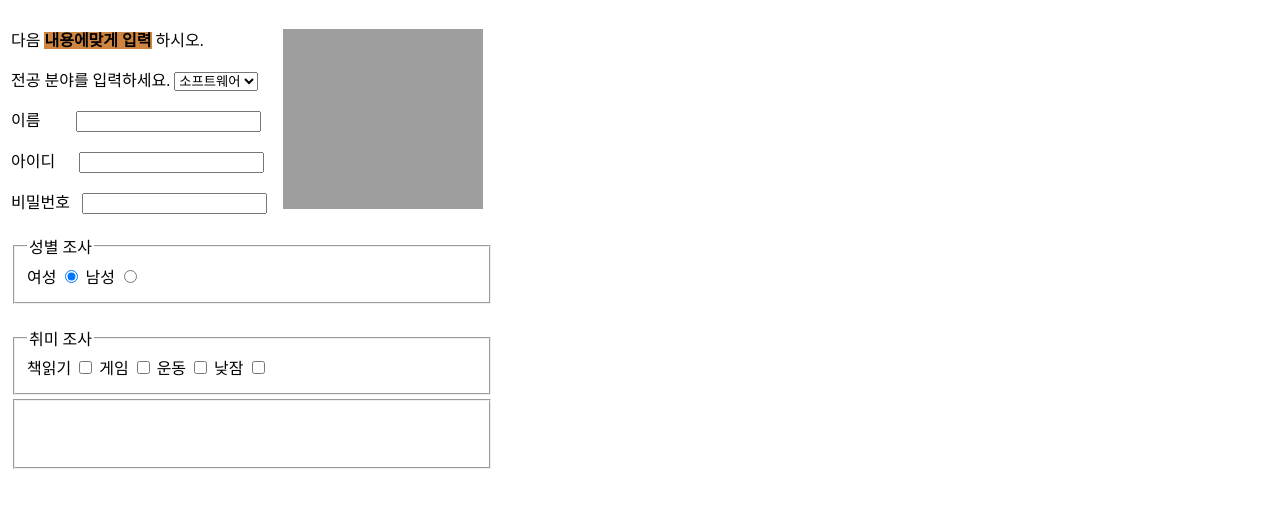
Repository: basstpgns/20201029html
Page: jsp/html/quiz03.html
The author's editor kept a copy of each file at every save. The page is drawn from the files as they stood at one save, then again after the next save.
The browser window is 1280 px wide. The pictures show the whole page.
Pictures or frames that could not be fetched are drawn as grey boxes.

Above is the page before, as saved 2020-10-30 02:48:56.

After the next save:
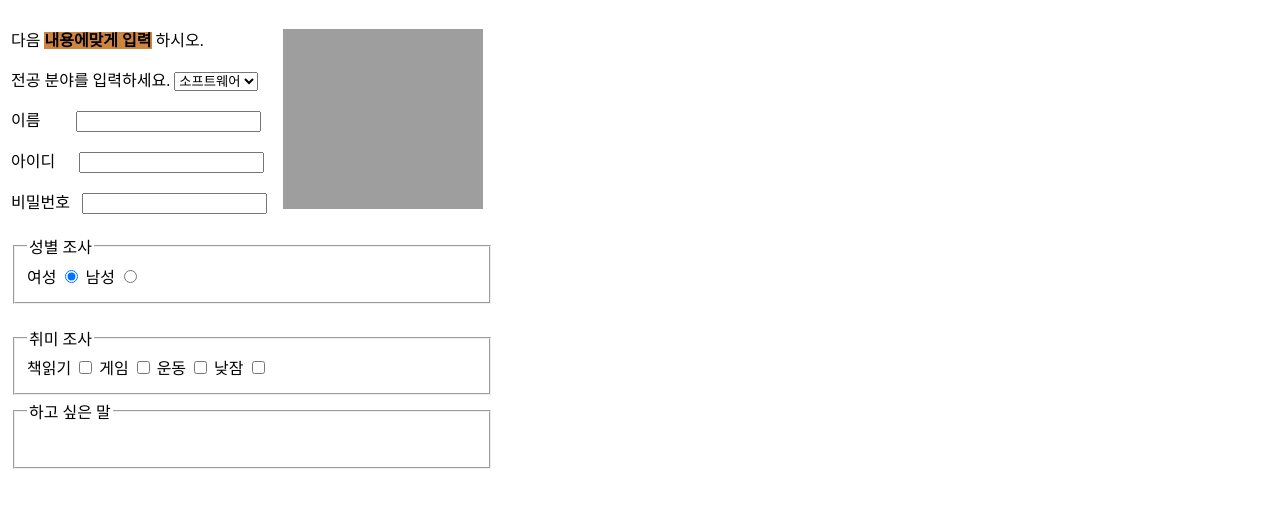
Saved 30 s later.
--- a/jsp/html/quiz03.html
+++ b/jsp/html/quiz03.html
@@ -51,7 +51,11 @@
 		</tr>
 		<tr>
 			<td colspan="2">
-				<fieldset style="width: 450px; height: 50px;"></fieldset>
+				<fieldset style="width: 450px; height: 50px;">
+					<legend>
+						하고 싶은 말
+					</legend>
+				</fieldset>
 			</td>
 		</tr>
 
